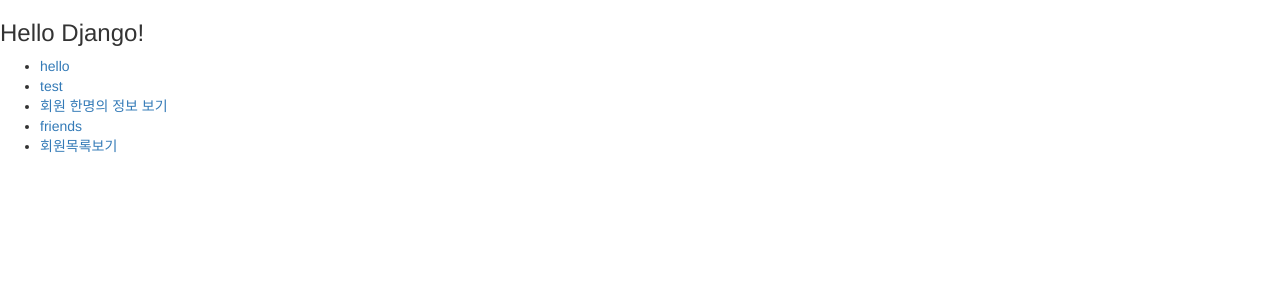
Repository: hyunhee7/python_work
Page: Django01/templates/index.html
These files come from the project's save history. The page is drawn as it stood at one moment and after the next save; the edit follows.
The browser window is 1280 px wide. The pictures show the whole page.

Above is the page before, as saved 2017-08-18 02:36:23.

### Django01/templates/index.html
<!DOCTYPE html>
<html>
<head>
<meta charset="UTF-8">
<title>templates/index.html</title>
<!-- static 폴더에 있는 css 로딩 시키기 -->
<link rel="stylesheet" href="/static/css/bootstrap.css" />
</head>
<body>
<h3>Hello Django!</h3>
<ul>
	<li><a href="hello">hello</a></li>
	<li><a href="test">test</a></li>
	<li><a href="show_member">회원 한명의 정보 보기</a></li>
	<li><a href="friends">friends</a></li>
	<li><a href="members">회원목록보기</a></li>
</ul>
</body>
</html>

Loaded but not shown: Django01/static/css/bootstrap.css (library)

After the next save:
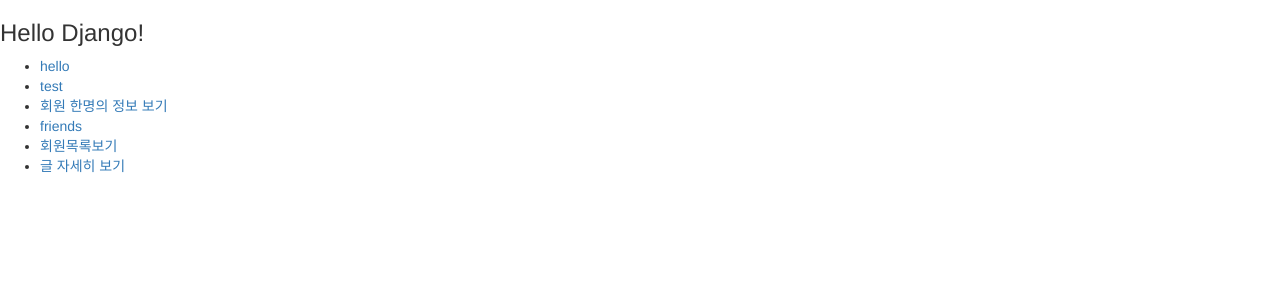
Saved 5 min 37 s later.
--- a/Django01/templates/index.html
+++ b/Django01/templates/index.html
@@ -14,6 +14,7 @@
 	<li><a href="show_member">회원 한명의 정보 보기</a></li>
 	<li><a href="friends">friends</a></li>
 	<li><a href="members">회원목록보기</a></li>
+	<li><a href="detail?num=999">글 자세히 보기</a></li>
 </ul>
 </body>
 </html>
